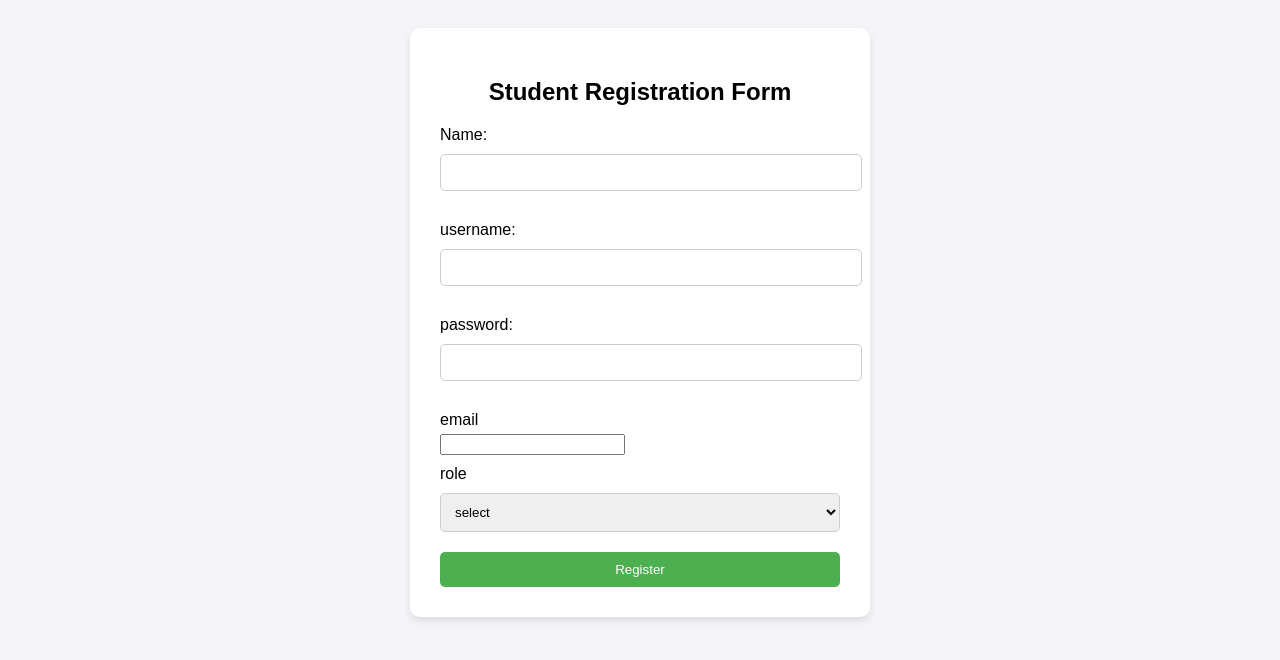
Repository: snehal-shinde151/my_repo
Page: classpro/src/main/webapp/Registration.html
The author's editor kept a copy of each file at every save. The page is drawn from the files as they stood at one save, then again after the next save.
The browser window is 1280 px wide. The pictures show the whole page.

Above is the page before, as saved 2025-03-07 07:47:15.

### classpro/src/main/webapp/Registration.html
<!DOCTYPE html>
<html>
<head>
<meta charset="UTF-8">
<title>Insert title here</title>
</head>

<head>

    <meta name="viewport" content="width=device-width, initial-scale=1.0">
    <title>Student Registration Form</title>
    <style>
        body {
            font-family: Arial, sans-serif;
            background-color: #f4f4f9;
            padding: 20px;
        }
        .form-container {
            background-color: white;
            padding: 30px;
            border-radius: 10px;
            box-shadow: 0 4px 8px rgba(0, 0, 0, 0.1);
            width: 400px;
            margin: 0 auto;
        }
        h2 {
            text-align: center;
        }
        label {
            display: block;
            margin: 10px 0 5px;
        }
        input[type="text"],
        input[type="email"],
        input[type="number"],
        input[type="date"],
        select,
        textarea {
            width: 100%;
            padding: 10px;
            margin: 5px 0 20px;
            border: 1px solid #ccc;
            border-radius: 5px;
        }
        .submit-btn {
            background-color: #4CAF50;
            color: white;
            padding: 10px 20px;
            border: none;
            border-radius: 5px;
            cursor: pointer;
            width: 100%;
        }
        .submit-btn:hover {
            background-color: #45a049;
        }
    </style>
</head>
<body>
    <div class="form-container">
        <h2>Student Registration Form</h2>
        <form action="Servlet" method="service">
            <label for="name"> Name:</label>
            <input type="text" id="name" name="name" required>

            <label for="email">username:</label>
            <input type="email" id="email" name="email" required>

            <label for="phone">password:</label>
            <input type="number" id="phone" name="phone" required>

            <label for="username">email</label>
            <input type="username" id="username" name="username" required>

            <label for="password">role</label>
            <select name="role">
           <option value="select">select</option>
			<option value="STUDENT">Student</option>
			<option value="ADMIN">Admin</option>




            </select>

            <button type="submit" class="submit-btn">Register</button>
        </form>
    </div>
</body>



</html>

After the next save:
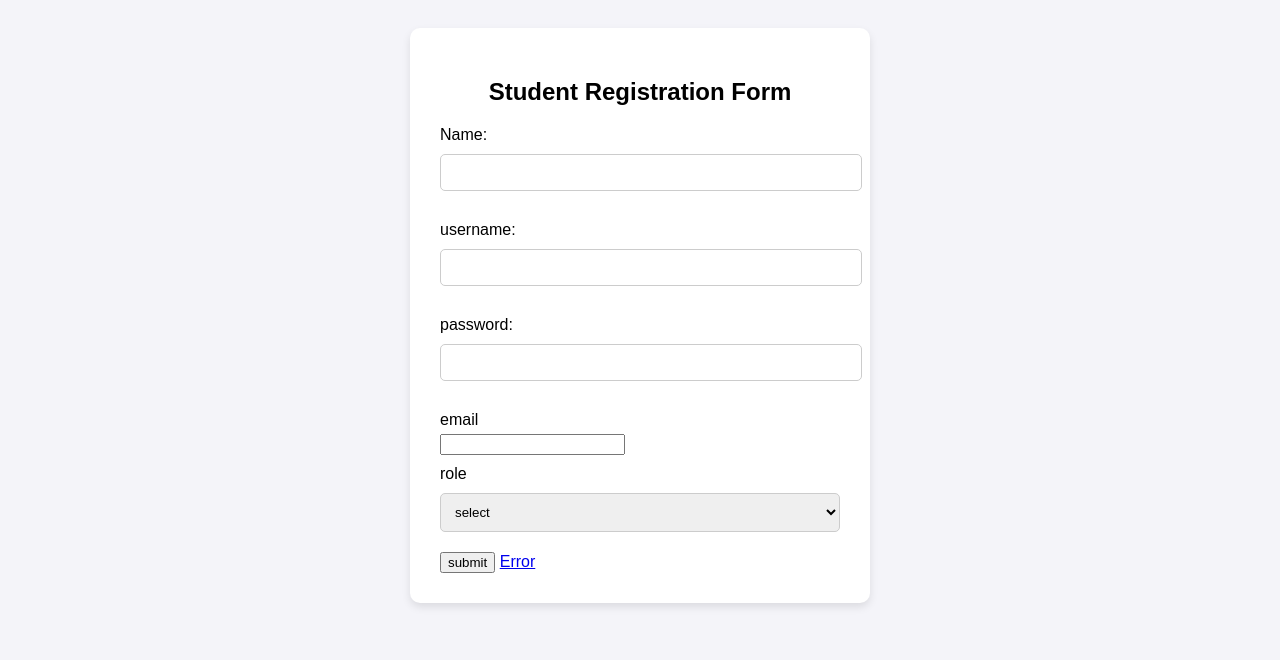
Saved 20 s later.
--- a/classpro/src/main/webapp/Registration.html
+++ b/classpro/src/main/webapp/Registration.html
@@ -60,8 +60,10 @@
     <div class="form-container">
         <h2>Student Registration Form</h2>
         <form action="Servlet" method="service">
+
+  <input type="hidden" name="str" value="register">
             <label for="name"> Name:</label>
-            <input type="text" id="name" name="name" required>
+            <input type="text" name="name" required>
 
             <label for="email">username:</label>
             <input type="email" id="email" name="email" required>
@@ -83,7 +85,8 @@
 
             </select>
 
-            <button type="submit" class="submit-btn">Register</button>
+            <input type="submit" value="submit"/>
+            <a href="error.html">Error</a>
         </form>
     </div>
 </body>
